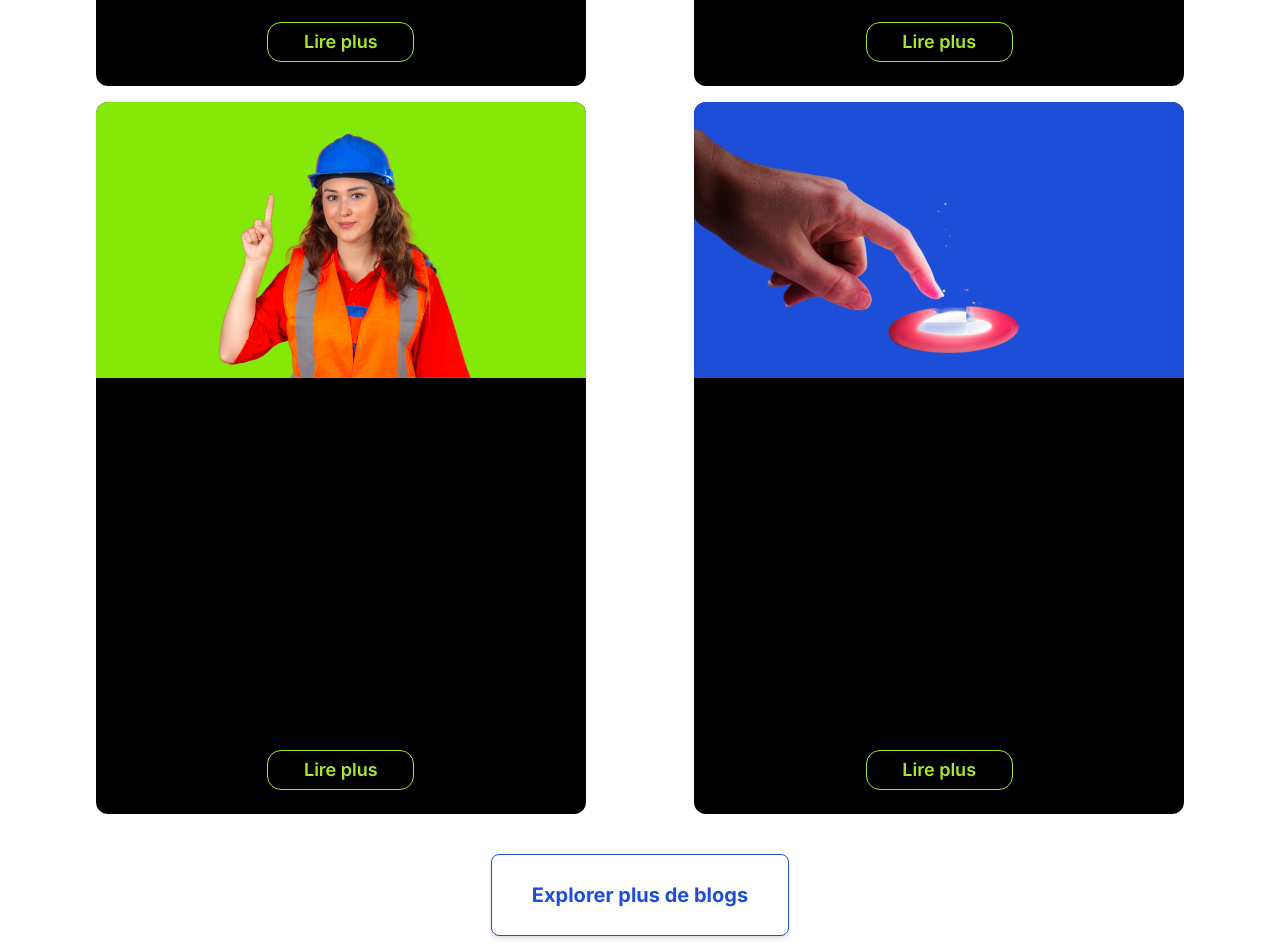
Repository: NassimeElkamari/test
Page: /blogs
An editor plug-in stored every save of this project. The page is shown before and after the next save, followed by the edit.
The browser window is 1280 px wide. The pictures show the part of the page from y = 1317 to 2269 px (the page is 2269 px tall before and 2253 px after).
The project was rebuilt for these pictures with package versions that can differ from the ones it lists, and the page was loaded fresh each time. The framework's server and built-in components were replaced by stand-ins that run in the browser. Also part of the build but not shown: next.config.mjs.

Above is the page before, as saved 2024-06-12 16:10:19.

### src/app/blogs/page.tsx
import Image from 'next/image';
import React from 'react';
import { MdDateRange } from "react-icons/md";
import BlogCard from '../../components/BlogCard';
import { cardData } from '../../data/cardData';

const Blog = () => {
  return (
    <div className='bg-white'>
      <div className='flex justify-center'>
        <h1 className="text-4xl font-bold text-center">Blog</h1>
      </div>
      <div className="relative w-[92vw] h-[85vh] mx-auto overflow-hidden bg-black pt-5 pl-8 flex flex-col justify-start rounded-2xl">
        <Image
          src="/bgImage.jpg"
          layout="fill"
          objectFit="cover"
          objectPosition="top"
          quality={100}
          alt="Background Image"
          className="opacity-30 bg-black"
        />
        <div className="absolute inset-0 flex flex-col justify-center text-white mt-[6%] p-4 pl-8">
          <h1 className="text-[52px] font-semibold mb-4">
            Ouvrez les portes de la connaissance <br /> avec nos Blogs stimulants
          </h1>
          <p className="text-[17px] mb-8">
            Découvrez les dernières actualités de 2peerfect dans une multitude de domaines passionnants. <br />Plongez-vous dans nos articles pour rester à jour sur les tendances les plus récentes en technologie, <br /> santé mentale, Design, Business, et bien plus encore. Avec une expertise diversifiée et des perspectives variées,<br /> 2peerfect vous offre un aperçu complet et captivant des développements les plus récents à travers différents secteurs.<br /> Ne manquez rien de ce qui se passe dans le monde, suivez 2peerfect pour rester informé et inspiré.
          </p>
          <div className="flex flex-wrap justify-between space-x-4 w-[80%]">
            <div className="bg-transparent rounded-lg shadow-md w-[15%] h-10 mb-4 border border-[#A7E92F] flex items-center justify-center">
              <h2 className="text-lg font-semibold text-center">Marketing</h2>
            </div>
            <div className="bg-transparent rounded-lg shadow-md w-[15%] h-10 mb-4 border border-[#A7E92F] flex items-center justify-center">
              <h2 className="text-lg font-semibold text-center">Design</h2>
            </div>
            <div className="bg-transparent rounded-lg shadow-md w-[15%] h-10 mb-4 border border-[#A7E92F] flex items-center justify-center">
              <h2 className="text-lg font-semibold text-center">Business</h2>
            </div>
            <div className="bg-transparent rounded-lg shadow-md w-[15%] h-10 mb-4 border border-[#A7E92F] flex items-center justify-center">
              <h2 className="text-lg font-semibold text-center">IT</h2>
            </div>
            <div className="bg-transparent rounded-lg shadow-md w-[15%] text-center h-10 mb-4 border border-[#A7E92F] flex items-center justify-center">
              <h2 className="text-lg font-semibold">Psychologie</h2>
            </div>
            {/* Add more cards as needed */}
          </div>
        </div>
      </div>
      <div className='second-section w-[85vw] mx-auto mt-10 flex justify-center'>
        <div className="flex flex-wrap gap-4 justify-between ">
          {cardData.map((card) => (
            <BlogCard
              key={card.id}
              imageSrc={card.imageSrc}
              title={card.title}
              description={card.description}
              date={card.date}
              color={card.background}
            />
          ))}
        </div>
      </div>
      <div className="flex justify-center mt-10">
        <button className=" text-white rounded-lg shadow-md  text-center mx-10 my-4 px-10 py-10 h-10 border border-[#1D4ED8] flex items-center justify-center">
          <h2 className="text-xl font-bold text-[#1D4ED8]">Explorer plus de blogs </h2>
        </button>
      </div>
    </div>
  );
};

export default Blog;

### src/components/BlogCard.tsx
import Image from 'next/image'
import React from 'react'
import { MdDateRange } from "react-icons/md";


const BlogCard = ({ imageSrc, title, description, date , color}) => {
  return (
    <div className='w-[45%] h-[50%] bg-black rounded-xl flex flex-col'>
    <div className="w-[100%] h-2/5 relative">
        <Image
        src={imageSrc}
        layout='responsive'
        height={100}
        width={100}
        alt="Card Image"
        className="w-full h-full rounded-t-xl "
        style={{backgroundColor: `${color}`}}
        />
    </div>
    <div className="pt-14 flex justify-center items-center flex-col px-5">
        <h1 className="text-[32px] font-semibold">{title}</h1>
        <p className="text-md mt-5">{description}</p>
    </div>
    <div className="flex items-center justify-end mt-10 mr-2">
        <MdDateRange width={70} height={70} className='mr-4'/>
        <p className="mr-2">{date}</p>
    </div>
    <div className="flex justify-center mt-8 mb-6"> {/* Added justify-center class */}
        <button className="bg-black rounded-[14px] shadow-md w-[30%] text-center h-10 border border-[#A7E92F] flex items-center justify-center">
        <h2 className="text-lg font-semibold text-[#A7E92F]">Lire plus</h2> {/* Added text-white class */}
        </button>
    </div>
    </div>
  )
}

export default BlogCard

### src/data/cardData.js
export const cardData = [
  {
    id: 1,
    imageSrc: "/card11.png",
    title: "L'impact des médias sociaux sur la santé mental",
    description: "Discuter de la façon dont les likes, les commentaires et les partages peuvent devenir une mesure de notre valeur personnelle, et comment cela peut affecter notre estime de soi et notre bien-être émotionnel...",
    date: "11 Décembre 2023",
    background: '#1D4ED8' // Background color for the first card
  },
  {
    id: 2,
    imageSrc: "/card22.png",
    title: "L’inovation technologique dans l’éducation",
    description: "Reconnaître les défis liés à l'intégration de la technologie dans l'éducation, tels que l'accès inégal aux ressources technologiques et les préoccupations concernant la dépendance excessive à la technologie...",
    date: "11 Décembre 2023",
    background: '#84e809' // Background color for the second card
  },
  {
    id: 3,
    imageSrc: "/card33.png",
    title: "L’inovation technologique dans l’éducation",
    description: "Reconnaître les défis liés à l'intégration de la technologie dans l'éducation, tels que l'accès inégal aux ressources technologiques et les préoccupations concernant la dépendance excessive à la technologie...",
    date: "11 Décembre 2023",
    background: '#84e809' // Background color for the third card
  },
  {
    id: 4,
    imageSrc: "/card11.png",
    title: "L'impact des médias sociaux sur la santé mental",
    description: "Discuter de la façon dont les likes, les commentaires et les partages peuvent devenir une mesure de notre valeur personnelle, et comment cela peut affecter notre estime de soi et notre bien-être émotionnel...",
    date: "11 Décembre 2023",
    background: '#1D4ED8' // Background color for the fourth card
  },
];

Loaded but not shown: src/app/layout.tsx (common file); src/app/globals.css (common file); tailwind.config.ts (common file)

After the next save:
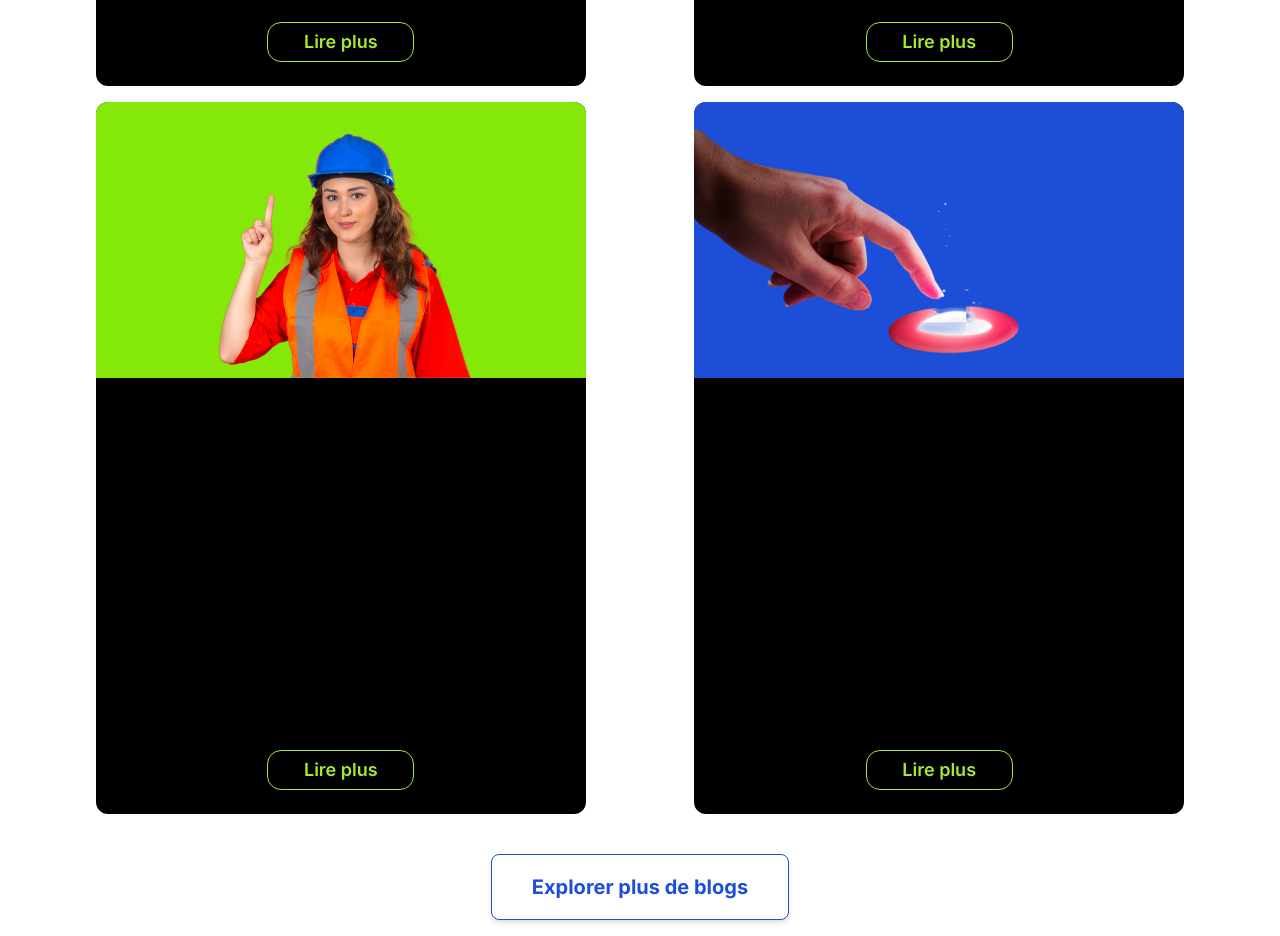
Saved 8 s later.
--- a/src/app/blogs/page.tsx
+++ b/src/app/blogs/page.tsx
@@ -62,7 +62,7 @@ const Blog = () => {
         </div>
       </div>
       <div className="flex justify-center mt-10">
-        <button className=" text-white rounded-lg shadow-md  text-center mx-10 my-4 px-10 py-10 h-10 border border-[#1D4ED8] flex items-center justify-center">
+        <button className=" text-white rounded-lg shadow-md  text-center mx-10 my-4 px-10 py-8 h-10 border border-[#1D4ED8] flex items-center justify-center">
           <h2 className="text-xl font-bold text-[#1D4ED8]">Explorer plus de blogs </h2>
         </button>
       </div>
